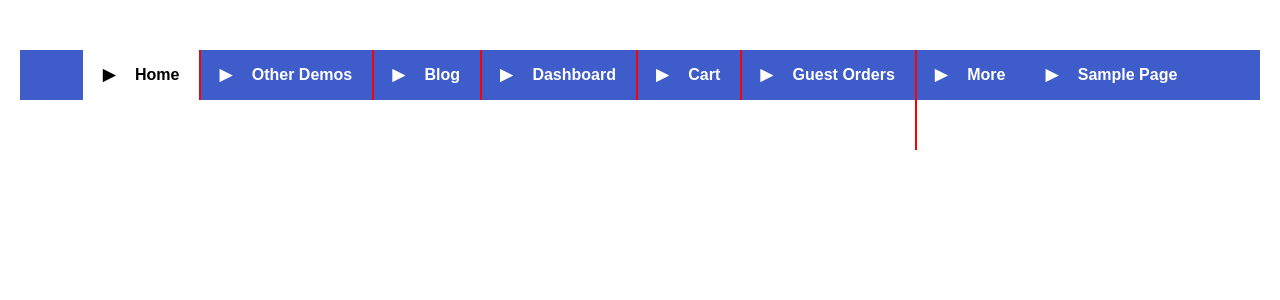
Repository: lannguyen1301/f8-zoom-day-5
Page: menu-enhanced.html
The author's editor kept a copy of each file at every save. The page is drawn from the files as they stood at one save, then again after the next save.
The browser window is 1280 px wide. The pictures show the whole page.

Above is the page before, as saved 2025-04-22 05:59:07.

### menu-enhanced.html
<!DOCTYPE html>
<html lang="en">

<head>
    <meta charset="UTF-8">
    <meta name="viewport" content="width=device-width, initial-scale=1.0">
    <title>Menu Enhanced</title>
    <link rel="stylesheet" href="./assets/css/reset.css">
    <link rel="stylesheet" href="./assets/css/style.css">
</head>

<body>
    <div class="inner">
        <nav class="navbar">
            <ul class="navbar__list">
                <li class="navbar__item active">
                    <a href="#!" class="navbar__link">Home</a>
                </li>
                <li class="navbar__item">
                    <a href="#!" class="navbar__link">Other Demos</a>
                </li>
                <li class="navbar__item">
                    <a href="#!" class="navbar__link">Blog</a>
                </li>
                <li class="navbar__item">
                    <a href="#!" class="navbar__link">Dashboard</a>
                </li>
                <li class="navbar__item">
                    <a href="#!" class="navbar__link">Cart</a>
                </li>
                <li class="navbar__item">
                    <a href="#!" class="navbar__link">Guest Orders</a>
                </li>
                <li class="navbar__item">
                    <a href="#!" class="navbar__link">More</a>
                    <ul class="sub__navlist">
                        <li class="sub__navitem">
                            <a href="#!" class="sub__navlink"></a>
                        </li>
                        <li class="sub__navitem">
                            <a href="#!" class="sub__navlink"></a>
                        </li>
                        <li class="sub__navitem">
                            <a href="#!" class="sub__navlink"></a>
                        </li>
                    </ul>
                </li>
                <li class="navbar__item">
                    <a href="#!" class="navbar__link">Sample Page</a>
                </li>
            </ul>
        </nav>
    </div>
</body>

</html>

### assets/css/style.css
* {
    box-sizing: border-box;
}

html {
    font-size: 62.5%;
}

body {
    font-size: 1.6rem;
    font-family: "poppins", sans-serif;
}

/* common*/
a {
    text-decoration: none;
}

.inner {
    margin: 0 auto;
    padding: 20px;
}

.title-desc {
    font-size: 3rem;
    text-align: center;
    font-weight: 900;
    color: orange;
}

.navbar__list {
    display: flex;
    align-items: center;
    justify-content: center;
    margin-top: 30px;
    background-color: #3e5cca;
}

.navbar__item {
    position: relative;
    height: 50px;
}

.navbar__link {
    display: inline-block;
    color: #fff;
    line-height: 50px;
    padding: 0 20px;
    font-weight: 700;
    font-size: 1.6rem;
}

.active,
.navbar__list .navbar__item:hover > .navbar__link {
    background-color: #fff;
    color: #000;
}

.active > a {
    color: #000;
}

.navbar__item .navbar__link:active {
    color: rgb(226, 19, 99) !important;
    background-color: orange !important;
}

.navbar__list .navbar__item .navbar__link:before {
    content: "\25B6";
    margin-right: 20px;

    line-height: 50px;
    text-align: center;
    /* background-color: red; */
}

.navbar__list .navbar__item:not(:last-child)::after {
    content: "";
    position: absolute;
    width: 2px;
    height: 50px;
    line-height: 50px;
    text-align: center;
    background-color: red;
}

/* Form Inter Active */

.inner {
    padding: 20px;
}
.top-desc {
    margin: unset;
    text-align: unset;
}
form {
    margin-top: 20px;
}

.form-group {
    margin-top: 16px;
}

.form-group label,
.form-group input {
    display: block;
}

.form-group label {
    font-weight: 600;
}

.form-group input:not([type="radio"]):not([type="checkbox"]) {
    width: 100%;
    height: 34px;
    margin-top: 8px;
    padding: 4px 8px;
    border: 2px solid #ccc;
    border-radius: 8px;
}

.form-group input[type="radio"],
.form-group input[type="checkbox"],
.form-group input[type="radio"] + label,
.form-group input[type="checkbox"] + label {
    display: inline-block;
}

.form-group input[type="radio"] {
    width: 16px;
    height: 16px;
    margin-top: 8px;
}

.form-group input[type="radio"] + label {
    position: relative;
    top: -2px;
    margin-right: 16px;
    padding-left: 2px;
}

.profile-group {
    display: block;
    width: 150px;
    height: 150px;
    border-radius: 50%;
}

.profile-group .profile-img {
    display: block;
    width: 100%;
    height: 100%;
    object-fit: cover;
}

.profile-title {
    display: block;
}

#profile {
    display: none;
}

/* input.input-profile {
    display: inline-block;
    width: 50%;
} */

.form-group .btn {
    margin-top: 20px;
    padding: 10px 28px;
    border: 1px solid transparent;
    border-radius: 8px;
    color: #fff;
    background: #f05123;
    cursor: pointer;
}

.form-group .btn:hover {
    opacity: 0.9;
}

Loaded but not shown: assets/css/reset.css (common file)

After the next save:
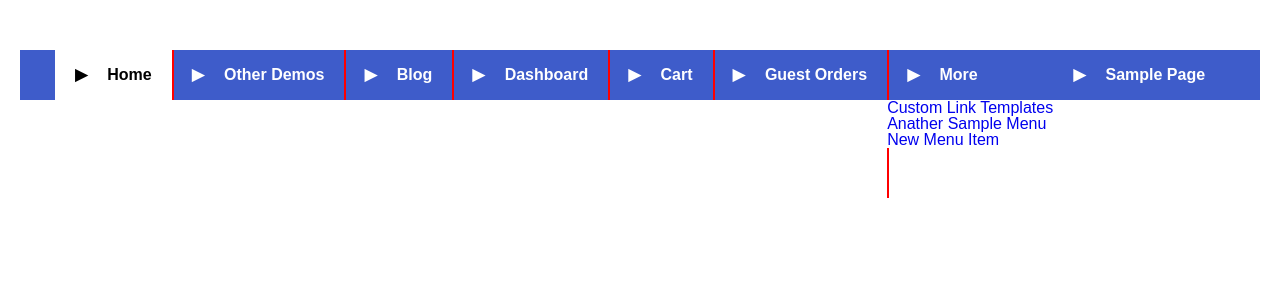
Saved 50 s later.
--- a/menu-enhanced.html
+++ b/menu-enhanced.html
@@ -35,13 +35,13 @@
                     <a href="#!" class="navbar__link">More</a>
                     <ul class="sub__navlist">
                         <li class="sub__navitem">
-                            <a href="#!" class="sub__navlink"></a>
+                            <a href="#!" class="sub__navlink">Custom Link Templates</a>
                         </li>
                         <li class="sub__navitem">
-                            <a href="#!" class="sub__navlink"></a>
+                            <a href="#!" class="sub__navlink">Anather Sample Menu</a>
                         </li>
                         <li class="sub__navitem">
-                            <a href="#!" class="sub__navlink"></a>
+                            <a href="#!" class="sub__navlink">New Menu Item</a>
                         </li>
                     </ul>
                 </li>

After the save that followed:
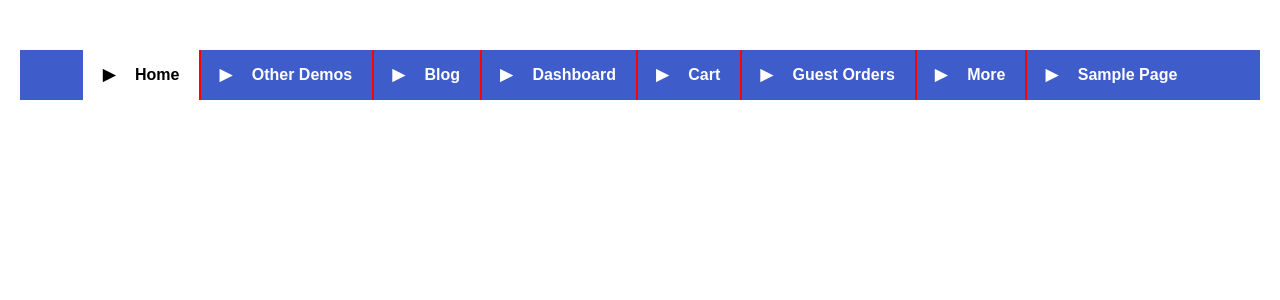
Saved 106 s later.
--- a/menu-enhanced.html
+++ b/menu-enhanced.html
@@ -33,7 +33,7 @@
                 </li>
                 <li class="navbar__item">
                     <a href="#!" class="navbar__link">More</a>
-                    <ul class="sub__navlist">
+                    <!-- <ul class="sub__navlist">
                         <li class="sub__navitem">
                             <a href="#!" class="sub__navlink">Custom Link Templates</a>
                         </li>
@@ -43,7 +43,7 @@
                         <li class="sub__navitem">
                             <a href="#!" class="sub__navlink">New Menu Item</a>
                         </li>
-                    </ul>
+                    </ul> -->
                 </li>
                 <li class="navbar__item">
                     <a href="#!" class="navbar__link">Sample Page</a>
